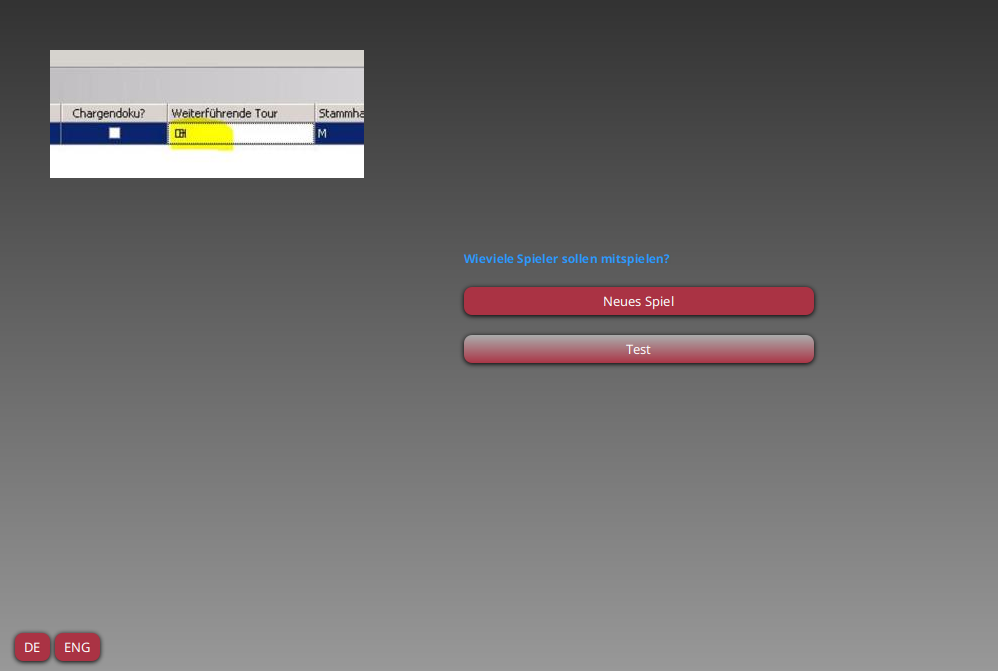
Repository: berger-designz/MenschAergereDichNicht
Program's window: java MenschAergereDichNicht/src/Game_GUI/GUI_Primary.java
An editor plug-in stored every save of this project. The program's window is shown before and after the next save, followed by the edit.
It runs on Java 21 on a 1366 x 768 screen with JavaFX 11; the title bar is not drawn. It also reads MenschAergereDichNicht/src/style/test_pic_1.jpg.

Above is the program's window before, as saved 2016-05-25 13:37:02.

After the next save:
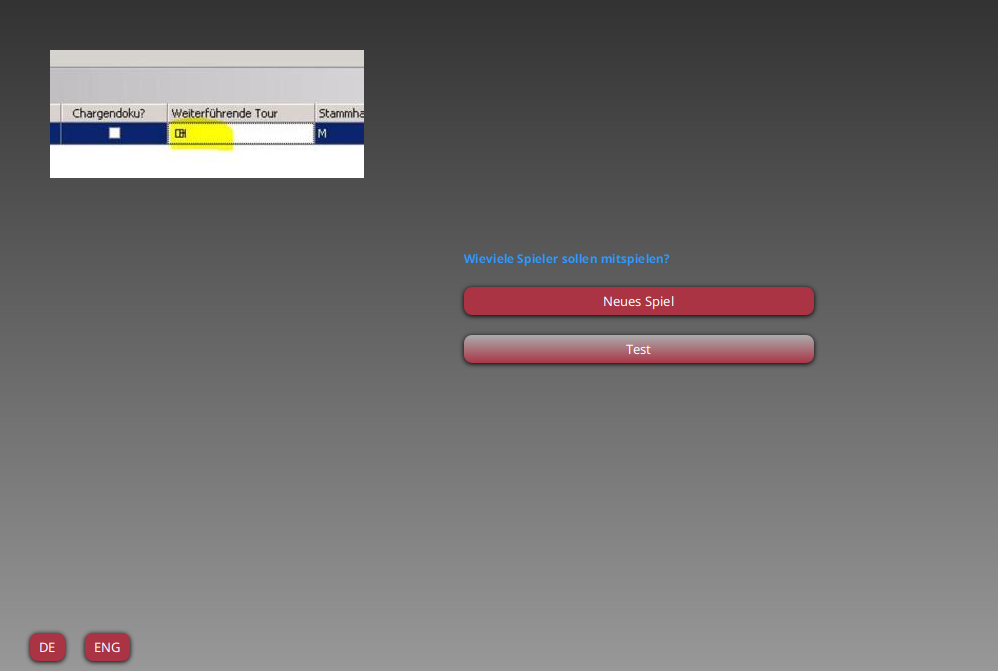
Saved 61 s later.
--- a/MenschAergereDichNicht/src/Game_GUI/GUI_Primary.java
+++ b/MenschAergereDichNicht/src/Game_GUI/GUI_Primary.java
@@ -91,6 +91,7 @@
 		hbox_bottom.getChildren().addAll(bottom_label, lang_de_Button, lang_en_Button);
 		hbox_bottom.setSpacing(5);
 		hbox_bottom.setPadding(new Insets(10, 10, 10, 10));
+		hbox_bottom.setSpacing(20);
 
 		HBox hbox_left = new HBox();
 		hbox_left.getChildren().addAll(imgView1);
